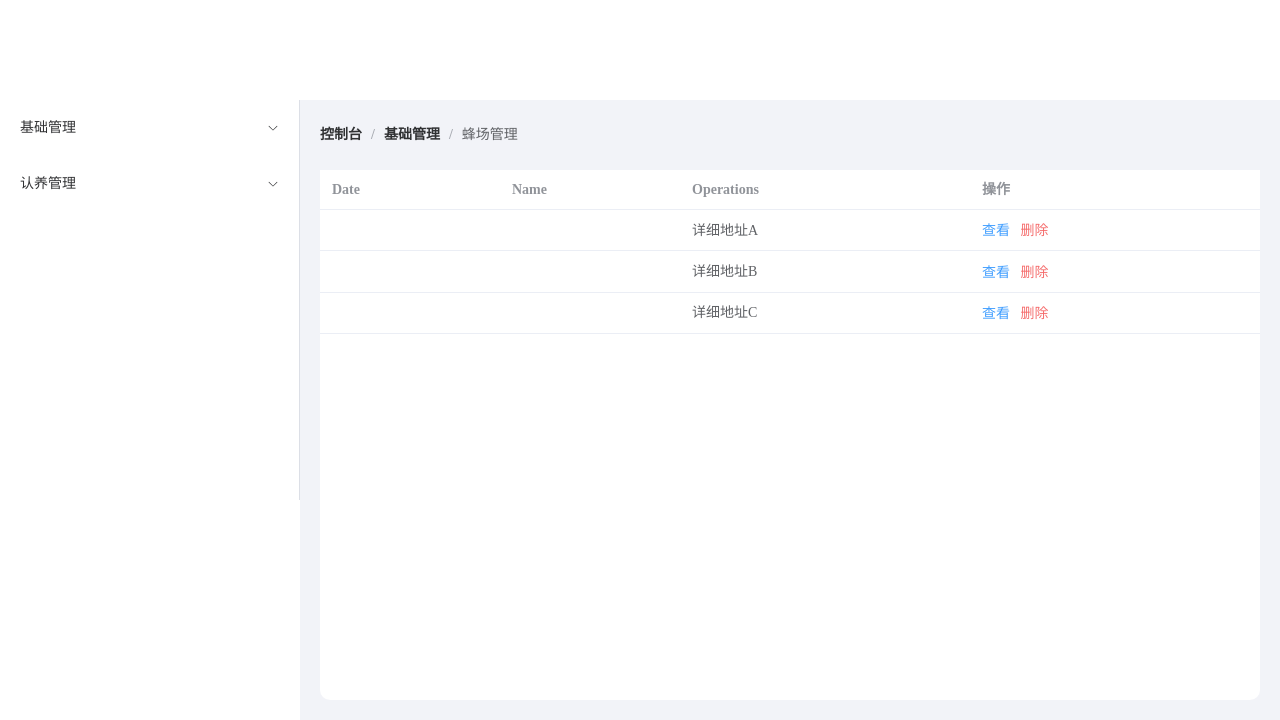
Repository: secret47/test-office-demo
Page: /dashboard/basic/farm
These files come from the project's save history. The page is drawn as it stood at one moment and after the next save; the edit follows.
The browser window is 1280 px wide. The pictures show the whole page.
The project was rebuilt for these pictures with package versions that can differ from the ones it lists, and the page was loaded fresh each time. Also part of the build but not shown: vite.config.js.

Above is the page before, as saved 2024-10-29 10:46:22.

After the next save:
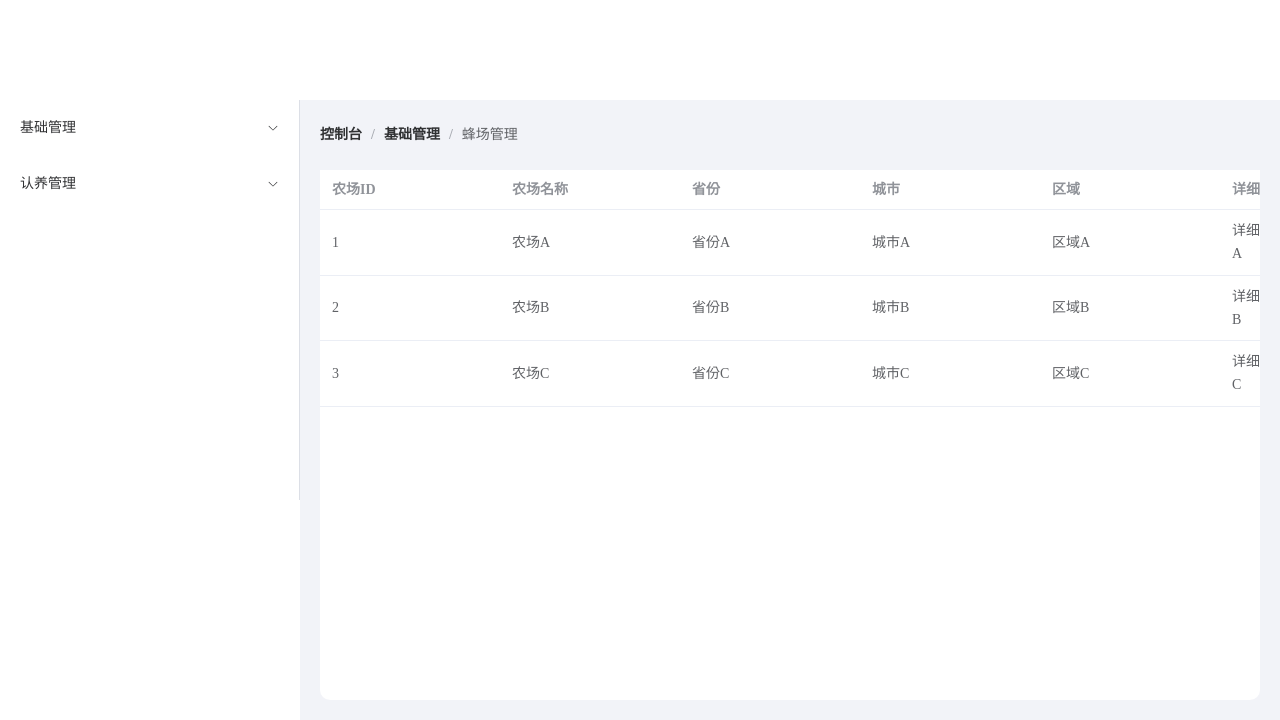
Saved 78 s later.
--- a/src/views/dashboard/basic/farm/index.vue
+++ b/src/views/dashboard/basic/farm/index.vue
@@ -1,9 +1,18 @@
 <template>
     <div class="main-container">
         <el-table :data="farmList" style="width: 100%">
-            <el-table-column prop="date" label="Date" width="180"></el-table-column>
-            <el-table-column prop="name" label="Name" width="180"></el-table-column>
-            <el-table-column prop="address" label="Operations"></el-table-column>
+            <el-table-column prop="farmId" label="农场ID" width="180"></el-table-column>
+            <el-table-column prop="farmName" label="农场名称" width="180"></el-table-column>
+            <el-table-column prop="provice" label="省份" width="180"></el-table-column>
+            <el-table-column prop="city" label="城市" width="180"></el-table-column>
+            <el-table-column prop="district" label="区域" width="180"></el-table-column>
+            <el-table-column prop="address" label="详细地址"></el-table-column>
+            <el-table-column prop="introduce" label="介绍"></el-table-column>
+            <el-table-column prop="hiveNums" label="蜂箱数量"></el-table-column>
+            <el-table-column prop="speciesName" label="物种名称"></el-table-column>
+            <el-table-column prop="nectarName" label="花蜜名称"></el-table-column>
+            <el-table-column prop="lng" label="经度"></el-table-column>
+            <el-table-column prop="lat" label="纬度"></el-table-column>
             <el-table-column label="操作">
                 <template #default="scope">
                     <el-link type="primary">查看</el-link>
